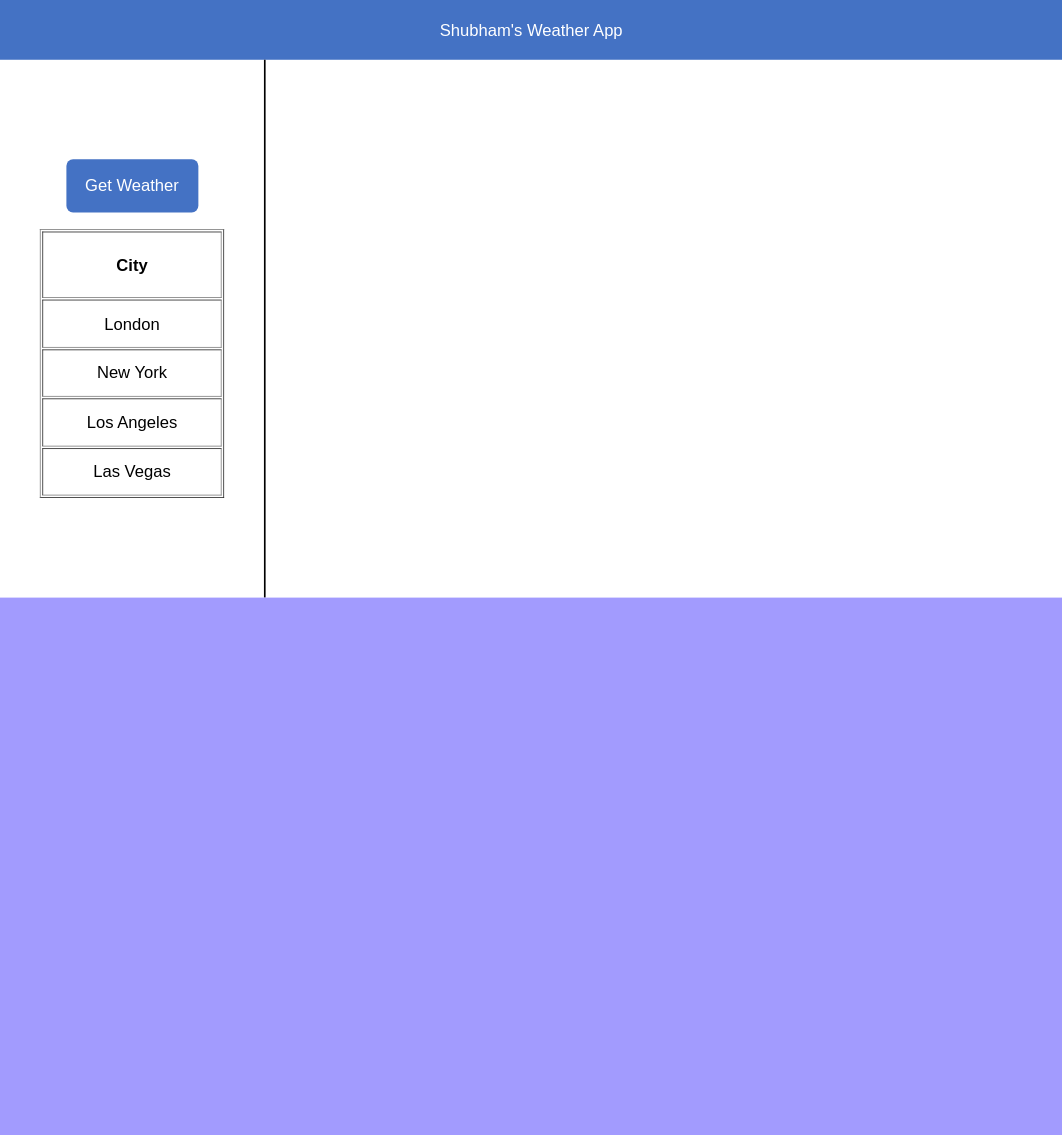
Repository: hey-shubham/WeatherAPI
Page: index.html
The author's editor kept a copy of each file at every save. The page is drawn from the files as they stood at one save, then again after the next save.
The browser window is 1280 px wide. The pictures show the whole page, at 83% of full size.

Above is the page before, as saved 2022-03-28 21:00:15.

### index.html
<!DOCTYPE html>
<html lang="en">
  <head>
    <meta charset="UTF-8" />
    <meta http-equiv="X-UA-Compatible" content="IE=edge" />
    <meta name="viewport" content="width=device-width, initial-scale=1.0" />
    <title>Weather API</title>
    <script src="script.js" defer></script>
    <link rel="stylesheet" href="style.css" />
  </head>
  <body>
    <div class="weather-app">
      <header>Shubham's Weather App</header>
      <main>
        <aside>
          <button>Get Weather</button>
          <table border="1">
            <thead>
              <tr>
                <th>City</th>
              </tr>
            </thead>
            <tbody>
              <tr>
                <td>London</td>
              </tr>
              <tr>
                <td>New York</td>
              </tr>
              <tr>
                <td>Los Angeles</td>
              </tr>
              <tr>
                <td>Las Vegas</td>
              </tr>
            </tbody>
          </table>
        </aside>
        <div class="content"></div>
      </main>
    </div>
  </body>
</html>

### style.css

*{
    margin: 0;
    padding: 0;
    box-sizing: border-box;
    font-family: sans-serif;
    font-size: 20px;
}
html,body{
    height: 100vh;
    width: 100vw;
}
.weather-app header{
    height: 10vh;
    background-color: #4472C4;
    display: flex;
    justify-content: center;
    align-items: center;
    color: #ffffff;
}
.weather-app main{
    height: 90vh;
    /* background-color: blue; */
}
.weather-app aside{
    height: 100%;
    width: 25%;
    border-right: 2px solid black;
    /* background-color: red; */
    display: flex;
    flex-direction: column;
    justify-content: center;
    align-items: center;
}
.weather-app aside button{
    height: 10%;
    width: 50%;
    border-radius: 8px;
    border-style: none;
    color: white;
    background-color: #4472C4;
    margin-bottom: 1rem;
}
aside table{
    height: 50%;
    width: 70%;
}
aside th {
    height: 4rem;
}
aside td{
    text-align: center;
}
.weather-app .content{
    height: 100%;
    background-color: #a29bfe;
}

Loaded but not shown: script.js (no copy from this time; the picture is the same without it)

After the next save:
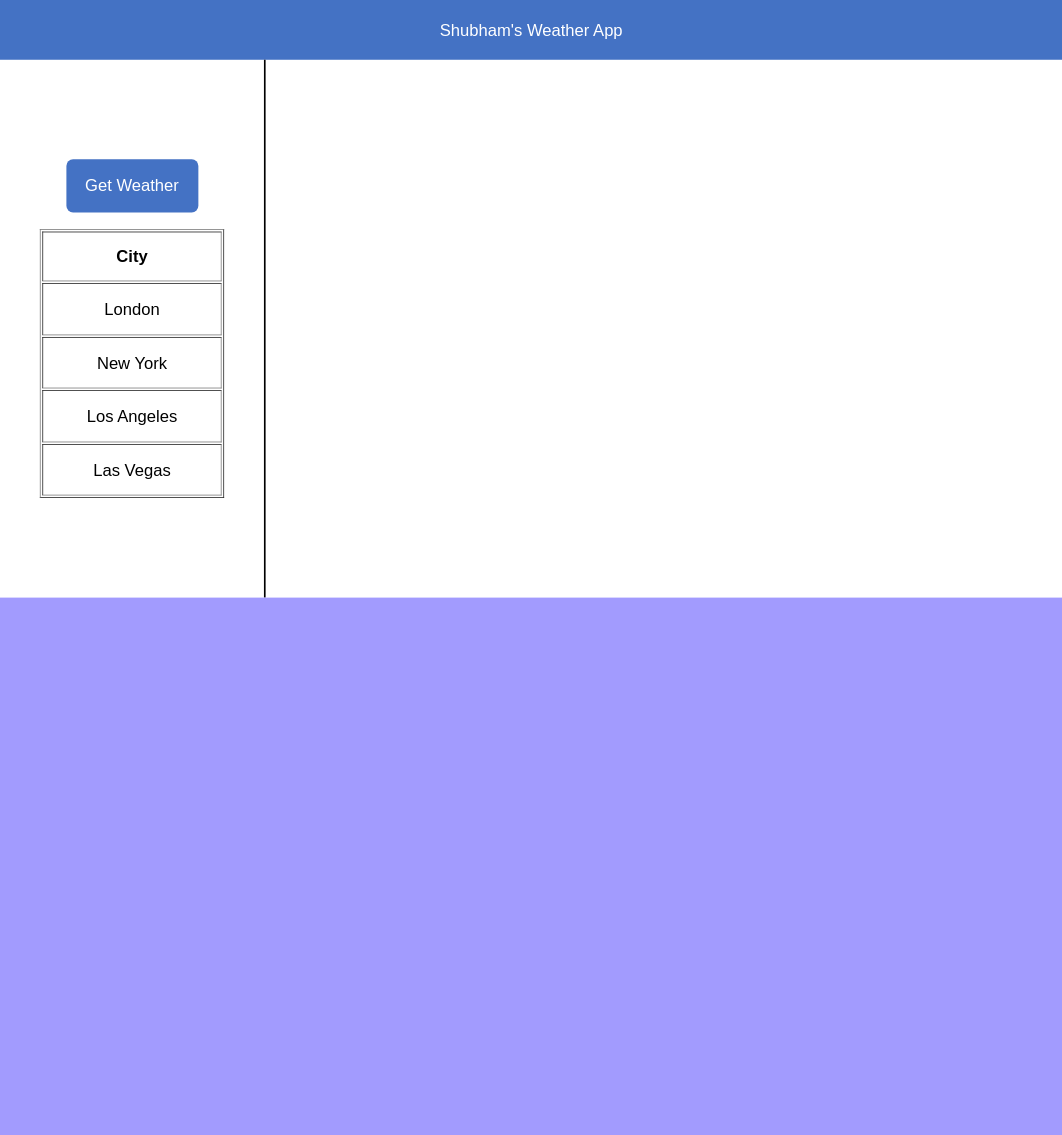
Saved 5 s later.
--- a/style.css
+++ b/style.css
@@ -46,7 +46,7 @@ aside table{
     width: 70%;
 }
 aside th {
-    height: 4rem;
+    height: 3rem;
 }
 aside td{
     text-align: center;
